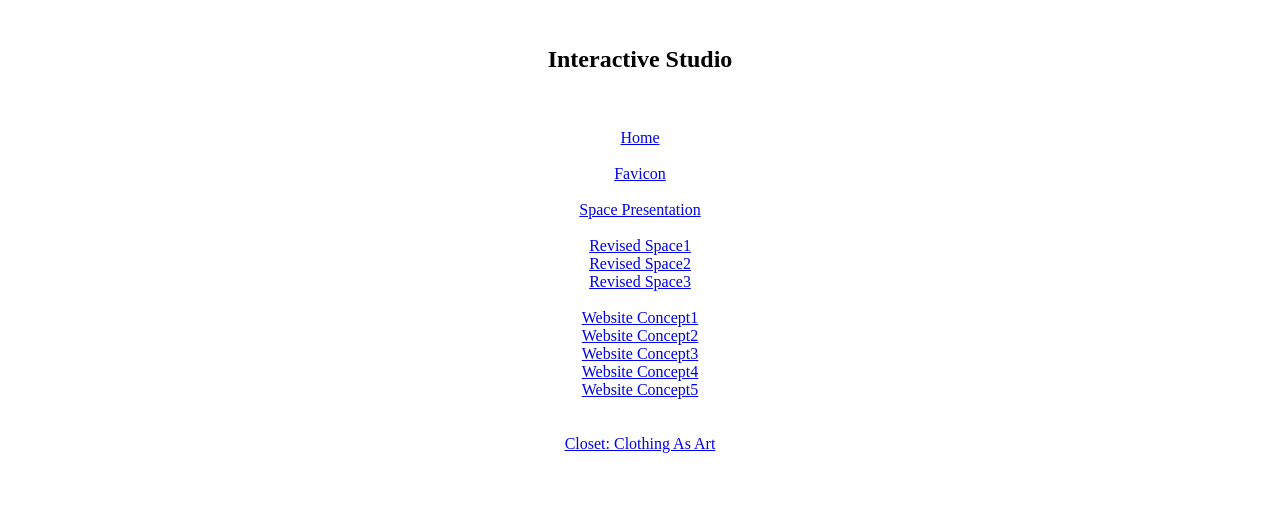
Repository: parkh899/parkh899.github.io
Page: studio/index.html
The author's editor kept a record of every edit. The page is drawn from the files as they stood at one moment, then again after the next edit.
The browser window is 1280 px wide. The pictures show the whole page.

Above is the page before.

After the next edit:
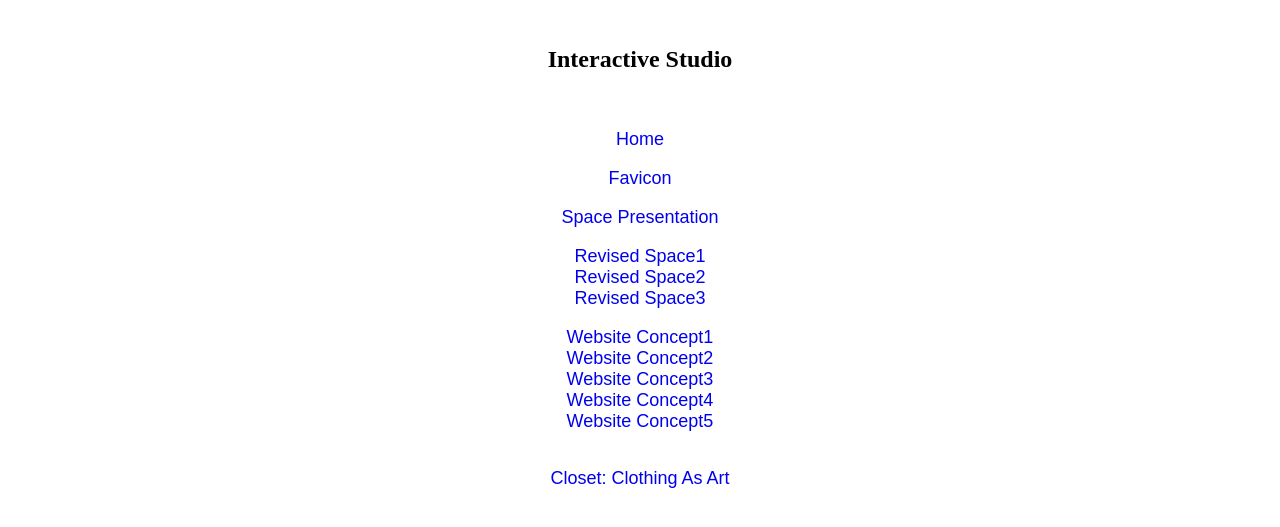
The edit:
--- a/studio/index.html
+++ b/studio/index.html
@@ -1,6 +1,24 @@
 <html>
     <head>
+    <style>
+    a:link {
+        text-decoration: none;
+    	font-family: vrinda, arial, "Times New Roman", Times, serif;
+    	font-size: 18px;
+    }
 
+    a:visited {
+        text-decoration: none;
+    }
+
+    a:hover {
+        text-decoration: underline;
+    }
+
+    a:active {
+        text-decoration: underline;
+    }
+    </style>
     </head>
 
     <body>
